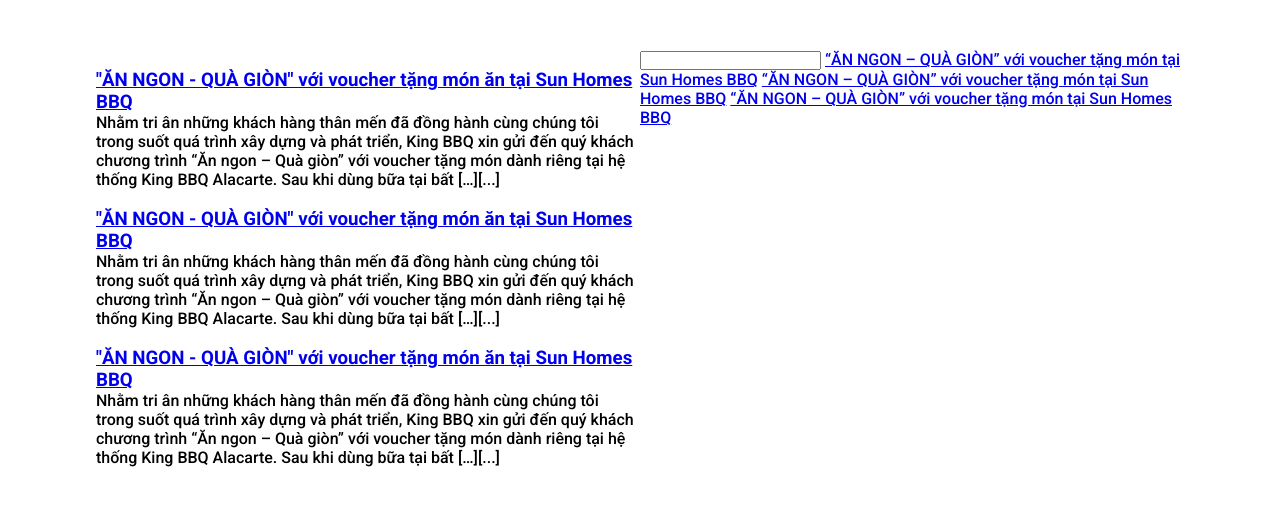
Repository: QUANGTHAI2003/sunhomesbbq
Page: TinTuc.html
These files come from the project's save history. The page is drawn as it stood at one moment and after the next save; the edit follows.
The browser window is 1280 px wide. The pictures show the whole page.
Some web fonts or font styles are not loaded; a fallback is used.

Above is the page before, as saved 2022-02-15 11:28:47.

After the next save:
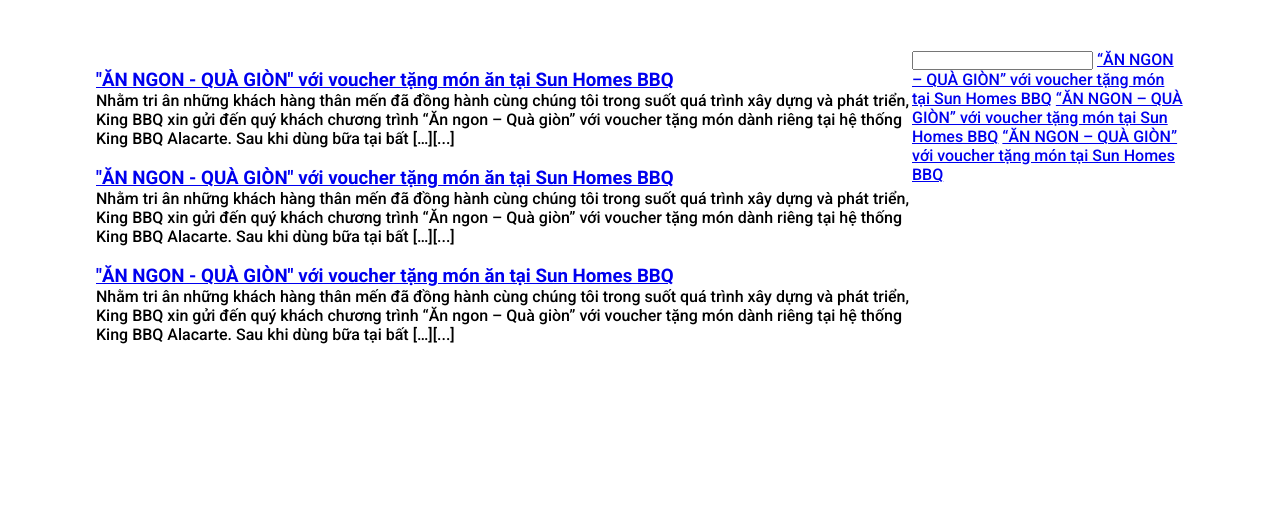
Saved 16 s later.
--- a/style.css
+++ b/style.css
@@ -863,7 +863,7 @@
 }
 
 .news {
-    flex: 1;
+    flex: 3;
 }
 
 .search-news {
